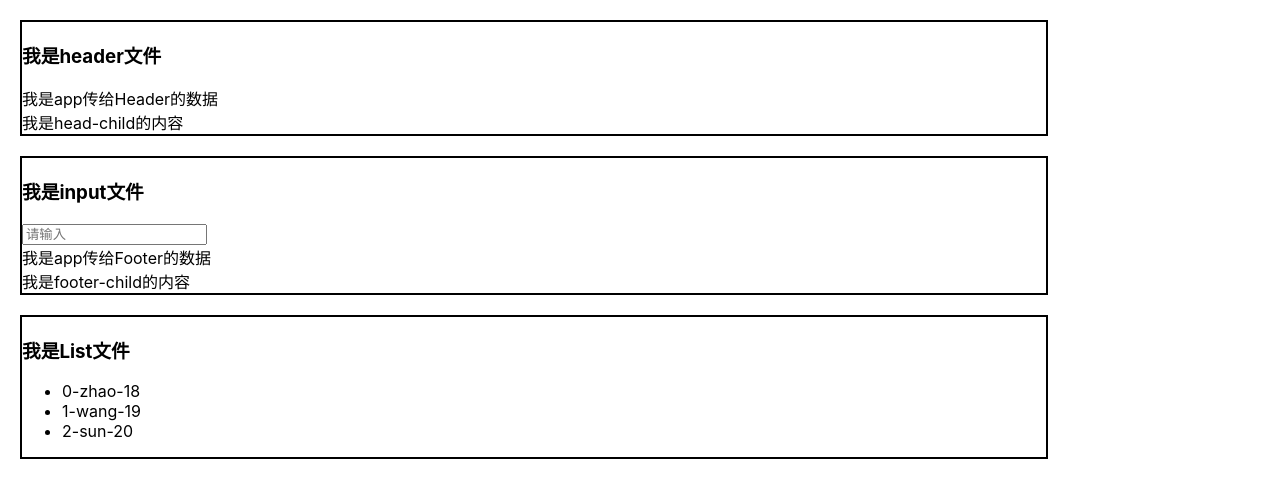
Repository: gy2986589/react-demo
Page: /
An editor plug-in stored every save of this project. The page is shown before and after the next save, followed by the edit.
The browser window is 1280 px wide. The pictures show the whole page.
The project was rebuilt for these pictures with package versions that can differ from the ones it lists, and the page was loaded fresh each time. Also part of the build but not shown: src/components/Like/Like.jsx.

Above is the page before, as saved 2020-07-02 22:24:45.

### public/index.html
<!DOCTYPE html>
<html lang="en">
  <head>
    <meta charset="utf-8" />
    <link rel="icon" href="%PUBLIC_URL%/favicon.ico" />
    <meta name="viewport" content="width=device-width, initial-scale=1" />
    <meta name="theme-color" content="#000000" />
    <meta
      name="description"
      content="Web site created using create-react-app"
    />
    <link rel="apple-touch-icon" href="%PUBLIC_URL%/logo192.png" />
    <!--
      manifest.json provides metadata used when your web app is installed on a
      user's mobile device or desktop. See https://developers.google.com/web/fundamentals/web-app-manifest/
    -->
    <link rel="manifest" href="%PUBLIC_URL%/manifest.json" />
    <!--
      Notice the use of %PUBLIC_URL% in the tags above.
      It will be replaced with the URL of the `public` folder during the build.
      Only files inside the `public` folder can be referenced from the HTML.

      Unlike "/favicon.ico" or "favicon.ico", "%PUBLIC_URL%/favicon.ico" will
      work correctly both with client-side routing and a non-root public URL.
      Learn how to configure a non-root public URL by running `npm run build`.
    -->
    <title>One React App</title>
  </head>
  <body>
    <noscript>You need to enable JavaScript to run this app.</noscript>
    <div id="root"></div>
    <!--
      This HTML file is a template.
      If you open it directly in the browser, you will see an empty page.

      You can add webfonts, meta tags, or analytics to this file.
      The build step will place the bundled scripts into the <body> tag.

      To begin the development, run `npm start` or `yarn start`.
      To create a production bundle, use `npm run build` or `yarn build`.
    -->
  </body>
</html>

### src/index.js
import React from 'react';
import ReactDOM from 'react-dom';
import './index.css';
import App from './App';
import * as serviceWorker from './serviceWorker';

ReactDOM.render(
    <React.StrictMode>
        <App/>
    </React.StrictMode>,
    document.getElementById('root')
);

// If you want your app to work offline and load faster, you can change
// unregister() to register() below. Note this comes with some pitfalls.
// Learn more about service workers: https://bit.ly/CRA-PWA
serviceWorker.unregister();

### src/App.js
import React from 'react';
import './App.css';
import {
    TodoHeader,
    TodoInput,
    TodoList
} from "./components/index";


function App() {
    const state = {
        headerData: "我是app传给Header的数据",
        footerData: "我是app传给Footer的数据"
    }

    return (
        <div className="App">
            <TodoHeader title={state.headerData}>
                我是head-child的内容
            </TodoHeader>
            <TodoInput btnTxt={state.footerData}>
                我是footer-child的内容
            </TodoInput>
            <TodoList></TodoList>
        </div>
    );
}

export default App;

### src/components/index.js
//1、引入方式一：
// import TodoHeader from "./TodoHeader/TodoHeader";
// import TodoInput from "./TodoInput/TodoInput"
// import TodoList from "./TodoList/TodoList"
// export {
//     TodoHeader,
//     TodoInput,
//     TodoInput
// }



//2、引入方式二：
export {default as TodoHeader} from "./TodoHeader/TodoHeader";
export {default as TodoInput} from "./TodoInput/TodoInput";
export {default as TodoList} from "./TodoList/TodoList";
export {default as Like} from "./Like/Like";

### src/components/TodoHeader/TodoHeader.js
import React, { Component } from 'react'


class TodoHeader extends Component {
    // style = {
    //     border: "2px solid #000",
    //     margin: "20px 20px",
    //     width: "80%"
    // }
    //另一种管理数据方法 只有extends Component 式组件有 函数式没有
    constructor(){
        super();
        this.style = {
            border: "2px solid #000",
            margin: "20px 20px",
            width: "80%",
            data:[
                {
                    id:0,
                    name:'zhao',
                    age:18
                },
                {
                    id:1,
                    name:'wang',
                    age:19
                },
                {
                    id:2,
                    name:'sun',
                    age:20
                },

            ]

        }
    }
    render() {
        console.log(this.style.data)

        return (
            <div style={{ width: this.style.width, border: this.style.border, margin: this.style.margin }}>
                <h3>我是header文件</h3>
                {this.props.title}
                <br/>
                {this.props.children}
            </div>
        )
    }
}


export default TodoHeader

### src/components/TodoInput/TodoInput.js
import React, { Component } from 'react';

class TodoInput extends Component {
    style = {
        border: "2px solid #000",
        margin: "20px 20px",
        width: "80%"
    }
    render() {
        return (
            <div style={{ width: this.style.width, border: this.style.border, margin: this.style.margin }}>
                <h3>我是input文件</h3>
                <input type="text" placeholder="请输入" />
                <br/>
                {this.props.btnTxt}
                <br/>
                {this.props.children}
            </div>
        );
    }
}

export default TodoInput;

### src/components/TodoList/TodoList.js
import React, { Component } from 'react';
import TodoItem from './TodoItem'


class TodoList extends Component {
    style = {
        border: "2px solid #000",
        margin: "20px 20px",
        width: "80%"
    }
    data=[
        {
            id: 0,
            name: 'zhao',
            age: 18
        },
        {
            id: 1,
            name: 'wang',
            age: 19
        },
        {
            id: 2,
            name: 'sun',
            age: 20
        },

    ]

    render() {
        return (
            <div style={{ width: this.style.width, border: this.style.border, margin: this.style.margin }}>
                <h3>我是List文件</h3>
                <ul>
                    <TodoItem data={[...this.data]} />
                </ul>
            </div>
        );
    }
}

export default TodoList;

### src/components/TodoList/TodoItem.js
// import React from 'react';
//
// const TodoItem = (props) => {
//     return (
//         <div>
//             <li>我是item</li>
//             <li>我是item</li>
//             <li>我是item</li>
//             <li>我是item</li>
//             <li>我是item</li>
//         </div>
//     );
// };
//
// export default TodoItem;
import React, {Component} from 'react';

class TodoItem extends Component {
    render() {
        return (
            <div>
                {
                    this.props.data.map(item=>{
                        return (
                            <li key={item.id}>{item.id}-{item.name}-{item.age}</li>
                        )
                    })
                }
            </div>
        );
    }
}

export default TodoItem;

Loaded but not shown: src/index.css (common file); src/serviceWorker.js (common file); src/App.css (common file)

After the next save:
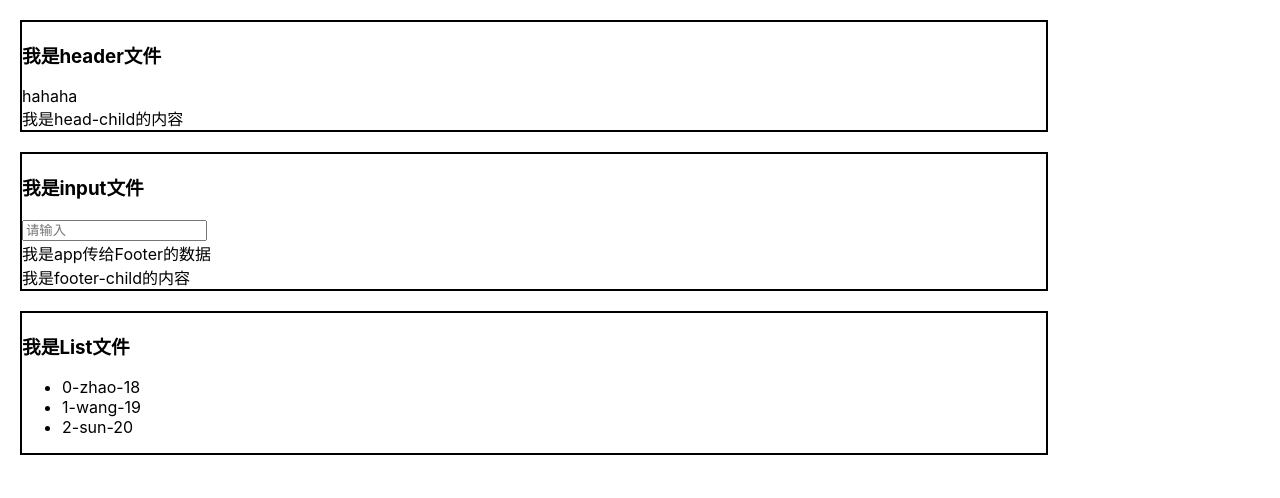
Saved 64 s later.
--- a/src/components/TodoHeader/TodoHeader.js
+++ b/src/components/TodoHeader/TodoHeader.js
@@ -41,7 +41,7 @@
         return (
             <div style={{ width: this.style.width, border: this.style.border, margin: this.style.margin }}>
                 <h3>我是header文件</h3>
-                {this.props.title}
+                {this.props.title? 'hahaha' : this.props.title}
                 <br/>
                 {this.props.children}
             </div>

After the save that followed:
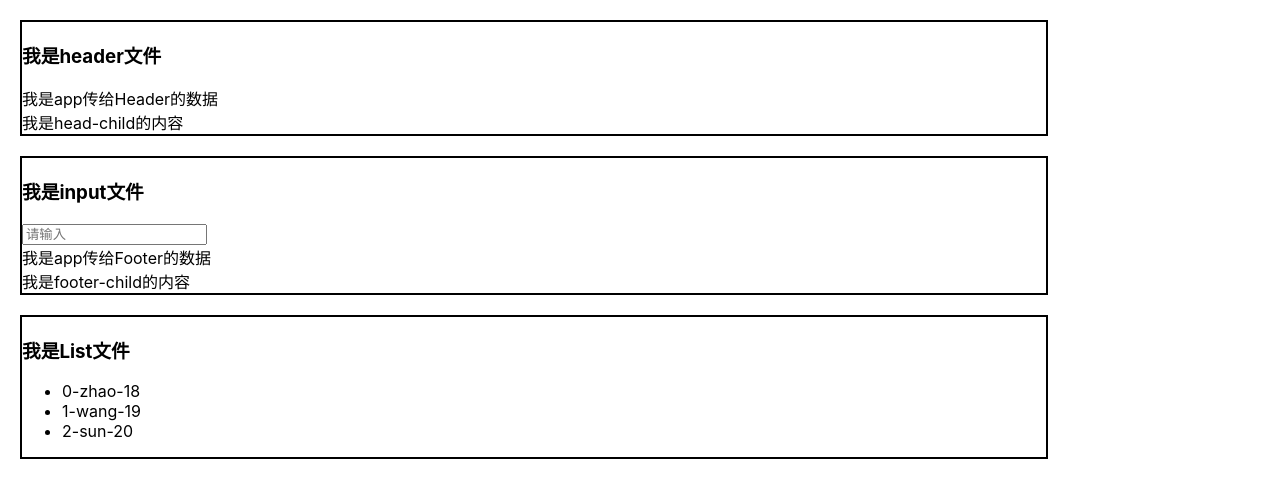
Saved 16 s later.
--- a/src/components/TodoHeader/TodoHeader.js
+++ b/src/components/TodoHeader/TodoHeader.js
@@ -41,7 +41,7 @@
         return (
             <div style={{ width: this.style.width, border: this.style.border, margin: this.style.margin }}>
                 <h3>我是header文件</h3>
-                {this.props.title? 'hahaha' : this.props.title}
+                {this.props.title?  this.props.title:'hahaha'}
                 <br/>
                 {this.props.children}
             </div>
